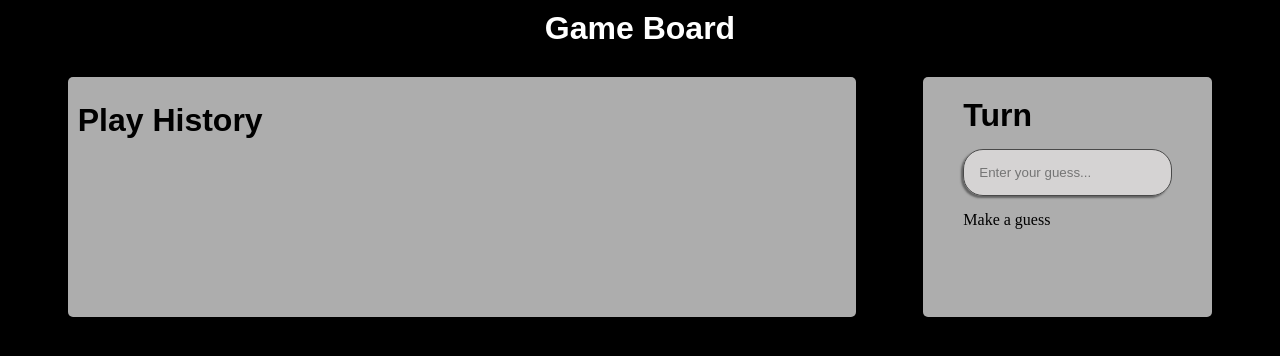
Repository: programmer686/Mastermind-with-Next.js
Page: /, after clicking the first element matching `button.StartScreen_51d34_startscreen__play_button`
The author's editor kept a copy of each file at every save. The page is drawn from the files as they stood at one save, then again after the next save.
The browser window is 1280 px wide. The pictures show the whole page.
The project was rebuilt for these pictures with package versions that can differ from the ones it lists, and the page was loaded fresh each time. The framework's server and built-in components were replaced by stand-ins that run in the browser. Also part of the build but not shown: next.config.js, src/styles/StartScreen.module.css, src/styles/Results.module.css, src/comps/Results.js.

Above is the page before, as saved 2023-07-18 20:00:05.

After the next save:
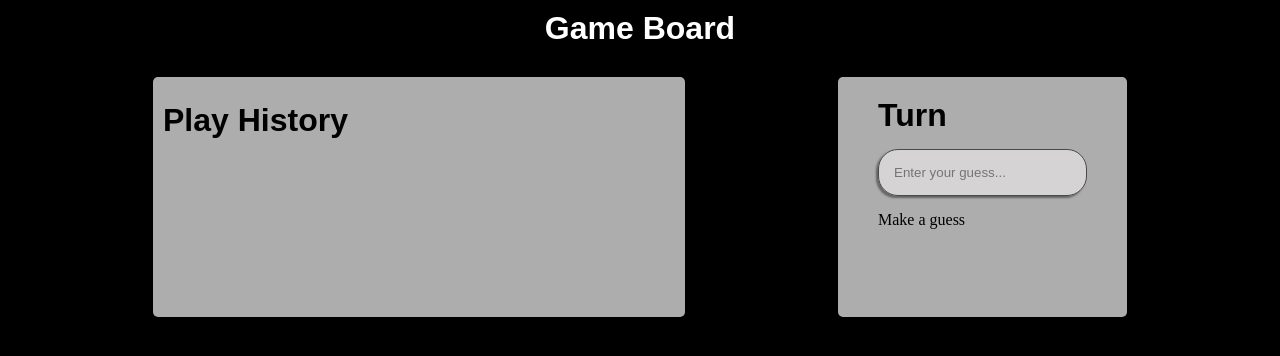
Saved 7 s later.
--- a/src/styles/PastPlay.module.css
+++ b/src/styles/PastPlay.module.css
@@ -1,5 +1,5 @@
 .PastPlay__board {
-    width: 60vw;
+    width: 40vw;
     border-radius: 5px;
     min-height: 200px;
     background: rgb(173, 173, 173);
